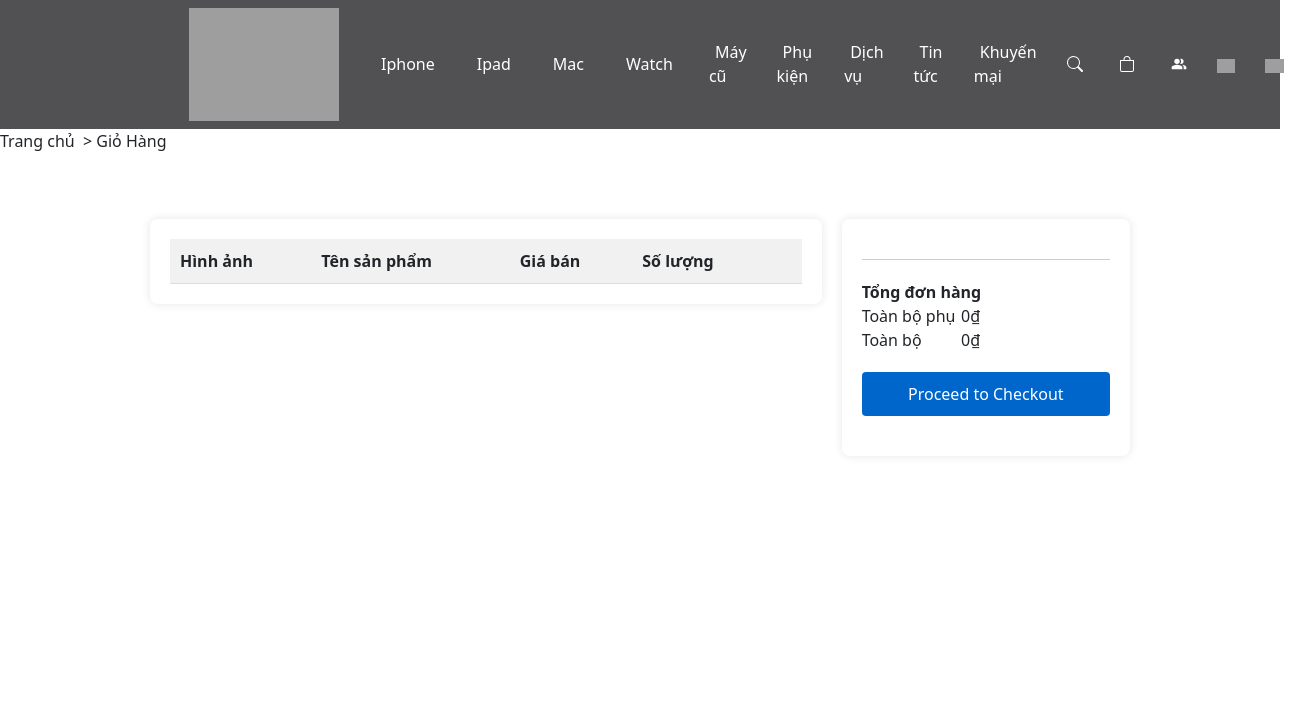
Repository: 20092004nam2k4/FE-ShopDunk
Page: /cart
The author's editor kept a copy of each file at every save. The page is drawn from the files as they stood at one save, then again after the next save.
The browser window is 1280 px wide. The page is 1299 px wide, so the pictures cover 1299 px, including what lies to the right of the window. The pictures show the whole page.
Pictures or frames that could not be fetched are drawn as grey boxes. The page's requests for data from a server got no answer. The project was rebuilt for these pictures with package versions that can differ from the ones it lists, and the page was loaded fresh each time. No one was signed in, and anything a server would have sent is missing. Also part of the build but not shown: src/component/common/SlideImage.css, src/component/common/SlideImage.js, src/component/product/ProductCart.css, src/component/product/ProductList.js, src/component/product/ProductDetail.css, src/component/product/ProductDetail.js, src/component/user/LoginUser.js, src/component/user/UserProfile.js and 3 more.

Above is the page before, as saved 2024-06-10 12:30:09.

### src/component/cart/CartPage.js
import React, { useState, useEffect } from "react";
import axios from "axios";
import "./CartPage.css";

const CartPage = () => {
  const [cartItems, setCartItems] = useState([]);

  const fetchCartItems = () => {
    axios
      .get("http://localhost:8090/api/products/cart")
      .then((response) => {
        setCartItems(response.data);
      })
      .catch((error) => {
        console.error("Error fetching cart items:", error);
      });
  };

  useEffect(() => {
    fetchCartItems();
  }, []);

  const removeFromCart = (id) => {
    axios
      .delete(`http://localhost:8090/api/products/removeFromCart/${id}`)
      .then(() => {
        fetchCartItems(); // Refresh the cart items after removing
      })
      .catch((error) => {
        console.error("Error removing product from cart:", error);
      });
  };

  const updateQuantity = (id, newQuantity) => {
    axios
      .put(`http://localhost:8090/api/products/updateCart/${id}`, {
        quantity: newQuantity,
      })
      .then(() => {
        fetchCartItems(); // Refresh the cart items after updating
      })
      .catch((error) => {
        console.error("Error updating product quantity:", error);
      });
  };

  const calculateSubtotal = () => {
    return cartItems.reduce((sum, item) => sum + item.product.price * item.quantity, 0);
  };

  const calculateTotal = () => {
    return calculateSubtotal();
  };

  return (
    <div className="cart-page">
      <div className="title-header">
        <p>Trang chủ &nbsp;&gt; Giỏ Hàng</p>
      </div>
      <div className="tong">
        <div className="left">
          <div className="cart-detail">
            <table className="cart">
              <thead>
                <tr>
                  <th>Hình ảnh</th>
                  <th>Tên sản phẩm</th>
                  <th>Giá bán</th>
                  <th>Số lượng</th>
                  <th></th>
                </tr>
              </thead>
              <tbody>
                {cartItems.map((item) => (
                  <tr key={item.id}>
                    <td>
                      <a href={`/product/${item.product.id}`}>
                        <img
                          alt={`Ảnh của ${item.product.name}`}
                          src={`http://localhost:8090/image/${item.product.image}`}
                          title={`Hiển thị chi tiết cho ${item.product.name}`}
                        />
                      </a>
                    </td>
                    <td className="product">
                      <a href={`/product/${item.product.id}`} className="product-name">
                        {item.product.name}
                      </a>
                      <div className="edit-item"></div>
                    </td>
                    <td className="unit-price">
                      <span className="product-unit-price">
                        {parseInt(item.product.price).toLocaleString()}₫
                      </span>
                    </td>
                    <td className="quantity">
                      <div className="cart-quantity-input-container">
                        <svg
                          id={`cart-quantity-input-subtract${item.id}`}
                          width="11"
                          height="11"
                          viewBox="0 0 11 11"
                          fill="none"
                          xmlns="http://www.w3.org/2000/svg"
                          onClick={() => updateQuantity(item.id, item.quantity - 1)}
                        >
                          <g clipPath="url(#clip0_10158_65576)">
                            <path
                              d="M-0.00390625 5.90234H11.0039C11.1133 5.90234 11.207 5.86328 11.2852 5.78516C11.3633 5.70182 11.4023 5.60547 11.4023 5.49609C11.4023 5.38672 11.3633 5.29297 11.2852 5.21484C11.207 5.13672 11.1133 5.09766 11.0039 5.09766H-0.00390625C-0.0768229 5.09766 -0.144531 5.11589 -0.207031 5.15234C-0.264323 5.1888 -0.311198 5.23828 -0.347656 5.30078C-0.384115 5.35807 -0.402344 5.42318 -0.402344 5.49609C-0.402344 5.57422 -0.384115 5.64453 -0.347656 5.70703C-0.311198 5.76432 -0.264323 5.8112 -0.207031 5.84766C-0.144531 5.88411 -0.0768229 5.90234 -0.00390625 5.90234Z"
                              fill="#0066CC"
                            ></path>
                          </g>
                          <defs>
                            <clipPath id="clip0_10158_65576">
                              <rect width="11" height="11" fill="white"></rect>
                            </clipPath>
                          </defs>
                        </svg>
                        <input
                          className="input-text"
                          id={`quantity${item.id}`}
                          value={item.quantity}
                          size="4"
                          readOnly
                        />
                        <svg
                          id={`cart-quantity-input-add${item.id}`}
                          width="12"
                          height="13"
                          viewBox="0 0 12 13"
                          fill="none"
                          xmlns="http://www.w3.org/2000/svg"
                          onClick={() => updateQuantity(item.id, item.setCartItems.quantity + 1)}
                        >
                          <g clipPath="url(#clip0_10158_65579)">
                            <path
                              d="M-0.304688 6.5C-0.304688 6.61458 -0.265625 6.71094 -0.1875 6.78906C-0.104167 6.86719 -0.0104167 6.90625 0.09375 6.90625H5.19531V12.0078C5.19531 12.1172 5.23438 12.2109 5.3125 12.2891C5.39583 12.3672 5.49219 12.4062 5.60156 12.4062C5.71094 12.4062 5.80729 12.3672 5.89062 12.2891C5.96875 12.2109 6.00781 12.1172 6.00781 12.0078V6.90625H11.1094C11.2239 6.90625 11.3177 6.86719 11.3906 6.78906C11.4739 6.71094 11.5156 6.61458 11.5156 6.5C11.5156 6.39583 11.4739 6.30208 11.3906 6.21875C11.3177 6.13542 11.2239 6.09375 11.1094 6.09375H6.00781V1.00781C6.00781 0.893229 5.96875 0.799479 5.89062 0.726562C5.80729 0.653646 5.71094 0.617188 5.60156 0.617188C5.49219 0.617188 5.39583 0.653646 5.3125 0.726562C5.23438 0.799479 5.19531 0.893229 5.19531 1.00781V6.09375H0.09375C-0.0104167 6.09375 -0.104167 6.13542 -0.1875 6.21875C-0.265625 6.30208 -0.304688 6.39583 -0.304688 6.5Z"
                              fill="#0066CC"
                            ></path>
                          </g>
                          <defs>
                            <clipPath id="clip0_10158_65579">
                              <rect
                                width="11.8125"
                                height="12.8125"
                                fill="white"
                                transform="translate(0.09375 0.09375)"
                              ></rect>
                            </clipPath>
                          </defs>
                        </svg>
                      </div>
                    </td>

                    <td className="remove-from-cart">
                      <button
                        onClick={() => removeFromCart(item.id)}
                        className="remove-button"
                      >
                        <i className="fas fa-trash-alt"></i>
                      </button>
                    </td>
                  </tr>
                ))}
              </tbody>
            </table>
          </div>
        </div>

        <div className="right">
          <div className="cart-collaterals">
            <div className="totals">
              <div className="total-info">
                <table className="cart-total">
                  <thead>
                    <tr>
                      <th colSpan="2">Tổng đơn hàng</th>
                    </tr>
                  </thead>
                  <tbody>
                    <tr className="cart-item-subtotal">
                      <td>Toàn bộ phụ</td>
                      <td>
                        <span className="value">{calculateSubtotal().toLocaleString()}₫</span>
                      </td>
                    </tr>
                    <tr className="order-total">
                      <td>Toàn bộ</td>
                      <td>
                        <span className="value">{calculateTotal().toLocaleString()}₫</span>
                      </td>
                    </tr>
                  </tbody>
                </table>
                <div className="checkout-buttons">
                  <button className="checkout-button">Proceed to Checkout</button>
                </div>
              </div>
            </div>
          </div>
        </div>
      </div>
    </div>
  );
};

export default CartPage;

### src/context/AuthContext.js
import React, { createContext, useState, useEffect } from "react";

export const AuthContext = createContext();

export const AuthProvider = ({ children }) => {
  const [isLoggedIn, setIsLoggedIn] = useState(false);
  const [user, setUser] = useState(null);

  useEffect(() => {
    const storedUser = localStorage.getItem("user");
    if (storedUser) {
      setIsLoggedIn(true);
      setUser(JSON.parse(storedUser));
    }
  }, []);

  const login = (userData) => {
    setIsLoggedIn(true);
    setUser(userData);
    localStorage.setItem("user", JSON.stringify(userData));
  };

  const logout = () => {
    setIsLoggedIn(false);
    setUser(null);
    localStorage.removeItem("user");
  };

  return (
    <AuthContext.Provider value={{ isLoggedIn, user, login, logout }}>
      {children}
    </AuthContext.Provider>
  );
};

### src/component/common/Navbar.css
.navbar {
  background-color: #515154;
  padding: 10px;

}

.navbar-links {
  list-style: none;
  display: flex;
  justify-content: center;
  margin: 0;
  padding: 0;
  padding-left: 168px;
  align-items: center;
}

.navbar-links li {
  margin: 0 15px;
}

.navbar-links a {
  color: white;
  text-decoration: none;
  padding: 10px 6px 25px;
  transition: background-color 0.3s;
}

/* .navbar-links a:hover {
  background-color: #575757;
} */
.imageIcon{
  width: 150px;
}
.icon-bag{
  color: white;
  height: 38px;

}
.icon-people{
  color: white;
  height: 38px;

}
.icon-search{
color: white;
height: 38px;
}
.imageIconVN{
  height: 14px;

}
.navbar-links li a {
color: #fff;
text-decoration: none;
transition: color 0.3s ease; }

.navbar-links li a:hover {
color: #fff;
}

### src/component/cart/CartPage.css
/* General styles for the cart page */
.tong {
    display: flex;
    justify-content: center;
    align-items: flex-start;
    padding: 50px;
    gap: 20px; /* Add gap between left and right sections */
    margin: 0 100px; /* Adjust left and right margins to 100px */
    max-width: 1400px; /* Set a maximum width for the container */
}

.left {
    width: 70%; /* Increase width to 70% */
    background-color: #fff; /* Add background color for clarity */
    padding: 20px; /* Add padding for spacing */
    box-shadow: 0 0 10px rgba(0, 0, 0, 0.1); /* Add box shadow for aesthetics */
    border-radius: 8px; /* Add border radius for rounded corners */
}

.right {
    width: 30%; /* Adjust width to 30% */
    background-color: #fff; /* Add background color for clarity */
    padding: 20px; /* Add padding for spacing */
    box-shadow: 0 0 10px rgba(0, 0, 0, 0.1); /* Add box shadow for aesthetics */
    border-radius: 8px; /* Add border radius for rounded corners */
}

.table-wrapper {
    overflow-x: auto;
    margin-bottom: 20px;
}

.cart {
    width: 100%;
    border-collapse: collapse;
}

.cart th,
.cart td {
    padding: 10px;
    text-align: left;
    border-bottom: 1px solid #ddd;
}

.cart th {
    background-color: #f1f1f1;
}

.cart img {
    max-width: 80px;
    height: auto;
}

.product-name {
    font-weight: bold;
    color: #333;
    text-decoration: none;
}

.product-name:hover {
    text-decoration: underline;
}

.attributes {
    font-size: 14px;
    color: #555;
}

.edit-item a {
    font-size: 14px;
    color: #0066cc;
}

.unit-price,
.subtotal {
    font-weight: bold;
    color: #333;
}

.qty-input {
    width: 40px;
    text-align: center;
    border: 1px solid #ddd;
    padding: 5px;
    margin: 0 5px;
}

.remove-btn {
    background: none;
    border: none;
    color: red;
    cursor: pointer;
}

.cart-options {
    margin-top: 20px;
}

.button {
    padding-top: 10px;
    display: inline-flex;
    float: right;
}

.common-buttons .button-2 {
    background-color: #5f5c5c;
    color: white;
    border: none;
    padding: 10px 20px;
    cursor: pointer;
    margin-right: 10px;
    border-radius: 5px;
}

.common-buttons .button-2:hover {
    background-color: #005bb5;
}

.footerMain {
    padding: 40px 0;
}

.footerMain .text-uppercase {
    text-transform: uppercase;
}

.footerMain .fw-bold {
    font-weight: bold;
}

.footerMain p {
    margin: 0;
    padding: 5px 0;
}

.footerMain a {
    color: #ffffff;
    text-decoration: none;
}

.footerMain a:hover {
    text-decoration: underline;
}

/* Styles for deals section */
.deals {
    margin-bottom: 20px;
}

/* Styles for coupon box */
.coupon-box {
    border: 1px solid #ccc;
    padding: 15px;
    background-color: #f9f9f9;
    width: 100%; /* Adjust width to 100% */
    box-sizing: border-box; /* Ensure padding is included in width */
    border-radius: 8px; /* Add border radius for rounded corners */
    box-shadow: 0 2px 4px rgba(0, 0, 0, 0.1); /* Add subtle shadow */
    margin-bottom: 20px; /* Add space below the coupon box */
}

.title {
    font-weight: bold;
    font-size: 18px;
    color: #333;
    margin-bottom: 10px; /* Add space below the title */
}

.hint {
    margin-top: 5px;
    color: #666;
    font-size: 14px;
}

/* Styles for coupon code input */
.coupon-code input {
    width: calc(100% - 20px); /* Adjust width to fit within the coupon box */
    margin-top: 10px;
    padding: 10px;
    border: 1px solid #ccc;
    border-radius: 4px; /* Add border radius */
    box-sizing: border-box; /* Ensure padding is included in width */
}

/* Styles for apply button */
.apply-discount-coupon-code-button {
    margin-top: 10px;
    padding: 10px;
    background-color: #0066CC;
    color: #fff;
    border: none;
    border-radius: 4px; /* Add border radius */
    cursor: pointer;
    width: 100%; /* Make button full-width */
}

.apply-discount-coupon-code-button:hover {
    background-color: #005bb5; /* Darken button color on hover */
}

/* Styles for totals section */
.totals {
    border-top: 1px solid #ccc;
    padding-top: 20px;
    margin-top: 20px;
}

/* Styles for total info */
.total-info {
    margin-bottom: 20px;
}

/* Styles for left side of total row */
.cart-total-left {
    padding-right: 10px;
    font-weight: bold;
}

/* Styles for total value */
.value-summary {
    font-weight: bold;
}

/* Styles for checkout buttons */
.checkout-buttons {
    margin-top: 20px;
}

/* Styles for checkout button */
.checkout-button {
    padding: 10px 20px;
    background-color: #0066CC;
    color: #fff;
    border: none;
    border-radius: 4px; /* Add border radius */
    cursor: pointer;
    width: 100%; /* Make button full-width */
    text-align: center; /* Center text */
}

.checkout-button:hover {
    background-color: #005bb5; /* Darken button color on hover */
}

/* Styles for note */
.note-ck {
    margin-top: 10px;
    font-size: 12px;
    color: red;
}
.remove-button {
    background: none;
    border: none;
    cursor: pointer;
    color: rgb(98, 97, 97); /* Customize as needed */
    font-size: 1.2em; /* Customize size as needed */
  }
  .tittle-header{
    margin-top: 20px;
    margin-left: 150px;
    background-color: #f1f1f1;
    margin-right: 200px;
    margin-bottom: -30px;
    padding-left: 15px;
  }

### src/component/user/Login.css
body {
    font-family: sans-serif;
    /* display: flex; */
    justify-content: center;
    align-items: center;
    min-height: 100vh;
    background-color: #f5f5f5;
  }
  .userName-login{
    margin-top: 25px;
  }



  .left-side {
    width: 50%;
    display: flex;
    justify-content: center;
    align-items: center;
    margin-top: 90px;
  }

  .right-side {
    width: 50%;
    padding: 20px;
    margin-top: 90px;
  }

  .left-side img {
    width: 100%;
    max-width: 600px;
    height: 350px;
  }

  h2 {
    margin-bottom: 20px;
  }

  input[type="text"],
  input[type="password"] {
    width: 100%;
    padding: 10px;
    margin-bottom: 15px;
    border: 1px solid #ddd;
    border-radius: 10px;
    box-sizing: border-box;
  }

  input[type="checkbox"] {
    margin-right: 5px;
  }

  button {
    background-color: #007bff;
    color: #fff;
    padding: 10px 20px;
    border: none;
    border-radius: 3px;
    cursor: pointer;
    width: 100%;
  }

  .link {
    display: block;
    text-align: center;
    margin-top: 15px;
    color: #007bff;
    text-decoration: none;
  }

  .footerMain{
margin-top: 200px;
  }
  .textFooter{
    padding-left: 200px !important;
  }
  .textToRegister{
    margin-top: 15px;
  }

### src/component/user/UserProfile.css
    /* Reset CSS */
    * {
        box-sizing: border-box;
        margin: 0;
        padding: 0;
    }

    body {
        font-family: Arial, Helvetica, sans-serif;
        background-color: #f5f5f7; /* Updated background color */
    }

    .page-container {
        padding: 20px;
        background-color: #f5f5f7; /* Background color for the page */
    }

    .container {
        display: flex;
        justify-content: space-between;
        margin: 30px auto;
        width: 80%;
        /* gap: 30px;  */
    }

    .navigation {
        width: 25%;
        background-color: #fff;
        padding: 20px;
        border-radius: 10px;
        border: 1px solid #ddd; /* Border for left div */
        box-shadow: 0 0 10px rgba(0, 0, 0, 0.1); /* Optional: for a subtle shadow effect */
        margin-left: 50px;
    }

    .navigation ul {
        padding-left: 0; /* Reset padding */
        list-style: none; /* Remove bullet points */
    }

    .navigation li {
        padding: 10px 0;
        border-bottom: 1px solid #ddd;
    }

    .navigation li:last-child {
        border-bottom: none;
    }

    .navigation li a {
        color: #333;
        text-decoration: none;
        display: flex;
        align-items: center;
    }

    .navigation li a i {
        margin-right: 10px;
        font-size: 1.2em;
    }

    .form {
        width: calc(70% - 100px); /* Reduced width by 100px */
        background-color: #fff;
        padding: 20px;
        border-radius: 10px;
        border: 1px solid #ddd; /* Border for right div */
        box-shadow: 0 0 10px rgba(0, 0, 0, 0.1); /* Optional: for a subtle shadow effect */
        display: flex;
        flex-direction: column;
        height: calc(100% + 70px); /* Increased height by 70px */
        margin-right: 90px;
    }

    .form-row {
        display: flex;
        justify-content: space-between;
        align-items: center;
        margin-bottom: 15px;
    }

    .form-row label {
        flex: 1;
    }

    .form-row input,
    .form-row select {
        flex: 2;
        padding: 10px;
        border: 1px solid #ddd;
        border-radius: 5px;
    }

    .form-row .input-group {
        display: flex;
        flex-direction: column;
        margin-bottom: 15px;
    }

    .form-row .input-group input {
        margin-top: 10px;
    }

    .input-email {
        padding-left: 20px;
    }

    .input-gender {
        display: flex;
        align-items: center;
        padding-left: 20px;
    }

    .input-gender > div {
        display: flex;
        align-items: center;
        margin-right: 20px;
    }

    .input-gender label {
        margin-left: 5px;
        margin-right: 15px; /* Adjust spacing between the labels and inputs */
    }

    .form-row.birthday-row {
        display: flex;
        justify-content: space-between;
        align-items: center;
        margin-bottom: 15px;
    }

    .form-row.birthday-row label {
        flex: 1;
    }

    .form-row.birthday-row select {
        flex: 1;
        padding: 10px;
        border: 1px solid #ddd;
        border-radius: 5px;
    }

    .form button {
        background-color: #0066cc;
        color: white;
        padding: 10px 20px;
        border: none;
        border-radius: 5px;
        cursor: pointer;
        width: 124px;
        height: 43px;
        margin: 0 auto; /* Add this line to center the button */
        margin-top: 10px;
    }

    .newsletter {
        text-align: center;
        margin-top: 50px;
    }

    .footerMain {
        text-align: center;
        background-color: #333;
        color: #fff;
        padding: 10px 0;
    }

    .newsletter .input-group {
        width: auto;
        display: inline-flex;
        border-radius: 20px;
        margin-top: 20px;
    }

    .newsletter .input-group .form-control {
        width: 500px;
        height: 50px;
        border-radius: 20px;
    }

    .newsletter .input-group .btn {
        width: 100px;
        background-color: #0066cc;
        color: white;
        border: none;
        border-radius: 20px;
        height: 50px;

    }

    .text-email {
        margin-top: 21px;
    }
    .radio-male{
        margin-left: -48px;

    }
    .text-user{
        margin-right: 580px;
        padding-top: 17px;
    }
    .text-male{
        padding-top: 9px;
    margin-right: 234px;
    }
    .text-female{
        padding-top: 8px;
    }
    .email-info{
        padding-top: 10px;
    }
    .email-text{
        margin-bottom: 24px;
    }

Loaded but not shown: public/index.html (common file); src/index.js (common file); src/component/common/Navbar.js (137 lines, source omitted); src/App.js (47 lines, source omitted)

After the next save:
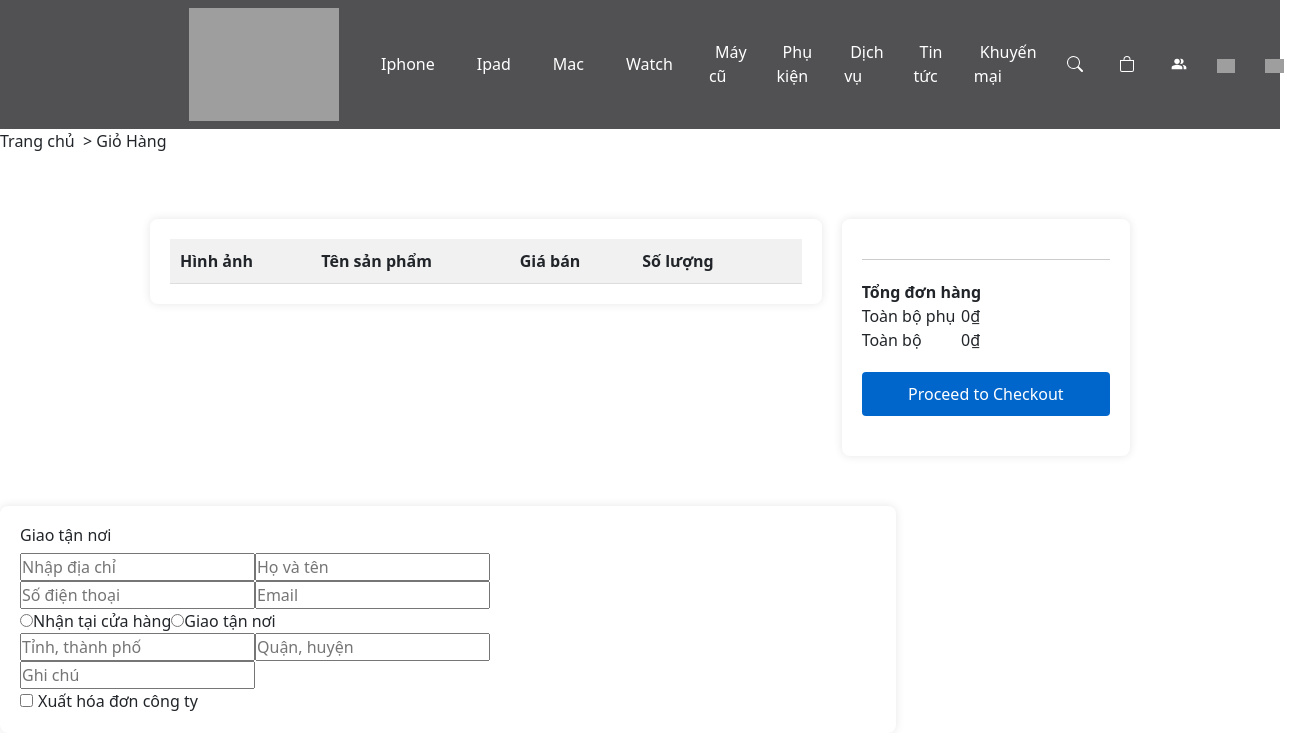
Saved 6 min 48 s later.
--- a/src/component/cart/CartPage.js
+++ b/src/component/cart/CartPage.js
@@ -165,6 +165,7 @@
               </tbody>
             </table>
           </div>
+
         </div>
 
         <div className="right">
@@ -199,7 +200,41 @@
             </div>
           </div>
         </div>
+
       </div>
+      <div className="tong-bot">
+        <div class="left">
+          <div class="enter-address bg-white">
+          <h6>Giao tận nơi</h6>
+            <input placeholder="Nhập địa chỉ"></input>
+            <input placeholder="Họ và tên"></input>
+            <div class="half-inputs">
+              <input placeholder="Số điện thoại"></input>
+              <input placeholder="Email"></input>
+            </div>
+            <div class="edit-address">
+              <div class="delivery-method">
+                <input type="radio" id="receive-store" name="receive-method" value="store"></input>
+                <label for="receive-store">Nhận tại cửa hàng</label>
+                <input type="radio" id="receive-delivery" name="receive-method" value="delivery"></input>
+                <label for="receive-delivery">Giao tận nơi</label>
+              </div>
+              <div class="half-inputs">
+                <input placeholder="Tỉnh, thành phố"></input>
+                <input placeholder="Quận, huyện"></input>
+              </div>
+              <div>
+                <input placeholder="Ghi chú"></input>
+              </div>
+              <div class="edit-address">
+                <input type="checkbox" id="company-invoice" name="company-invoice" value="company-invoice"></input>Xuất hóa đơn công ty
+              </div>
+            </div>
+          </div>
+        </div>
+      </div>
+
+
     </div>
   );
 };
